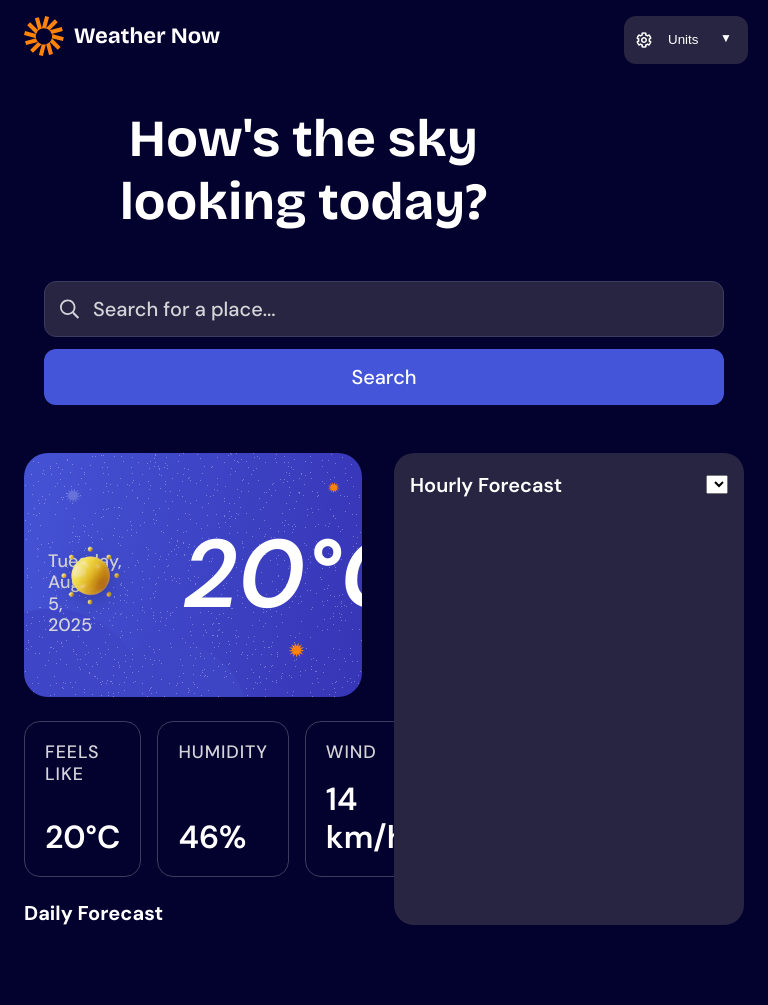
Repository: MKwaak/weather-app-main
Page: index.html
An editor plug-in stored every save of this project. The page is shown before and after the next save, followed by the edit.
The browser window is 768 px wide. The pictures show the whole page.
The page's requests for data from a server got no answer.

Above is the page before, as saved 2026-01-31 21:17:13.

After the next save:
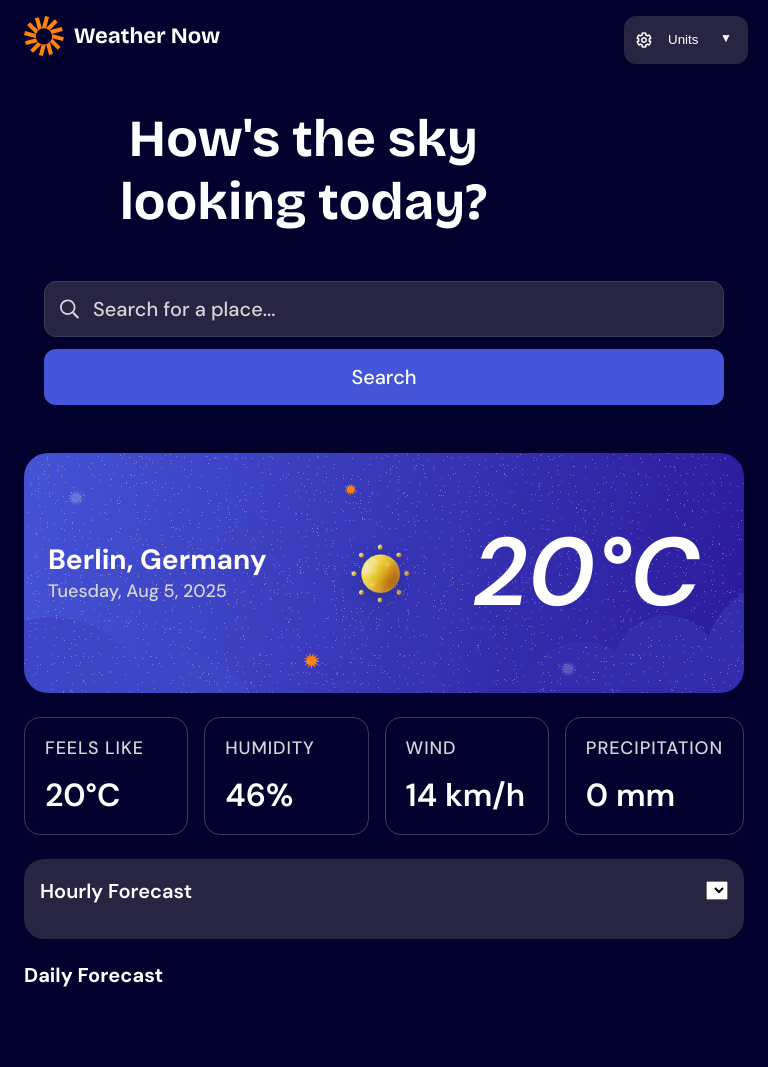
Saved 46 s later.
--- a/style.css
+++ b/style.css
@@ -582,25 +582,18 @@
   }
 }
 
-.daily {
-  grid-area: daily; /* Dit zet de 7-daagse voorspelling eronder */
+@media (max-width: 900px) {
+  .daily {
+    grid-column: 1 / -1; /* Gebruik de hele breedte van het scherm */
+  }
+
+  .daily__forecast {
+    grid-template-columns: repeat(2, 1fr); /* Zoals we eerder bespraken */
+  }
 }
 
 .daily__title {
   font-size: var(--font-size-forecast-title);
-}
-
-.daily__forecast {
-  display: grid;
-  /* Mobiel: 2 kolommen naast elkaar (vult de ruimte beter) */
-  grid-template-columns: repeat(2, 1fr);
-  gap: 12px;
-  width: 100%;
-
-  @media (width >= calc(700 / 16 * 1rem)) {
-    grid-template-columns: repeat(7, 1fr);
-    gap: 16px;
-  }
 }
 
 .daily__day {
@@ -757,31 +750,32 @@
 /* Dashboard wrapper */
 .dashboard {
   display: grid;
-  /* Kolom 1: flexibel (blauwe bak/daily), Kolom 2: vast 350px (hourly) */
+  /* DIT IS DE KEY: min-content voor de uren, zodat hij niet meer pakt dan nodig */
   grid-template-columns: 1fr 350px;
-  /* We definiëren de zones: linksboven, rechts (die over 2 rijen gaat), linksonder */
   grid-template-areas:
     "current hourly"
     "daily   hourly";
   column-gap: 32px;
   row-gap: 24px;
   align-items: start;
-
-  width: 100%; /* DIT zorgt dat hij niet 'ademt' met de tekst mee */
-  max-width: calc(
-    1184 / 16 * 1rem
-  ); /* Zo is het gelijk aan de wrapper max-width */
-  row-gap: 24px; /* vertical spacing between panels */
-  margin: 0 auto; /* center horizontally */
-}
-
-@media (width >= calc(1000 / 16 * 1rem)) {
+  width: 100%;
+}
+
+@media (max-width: 1100px) {
   .dashboard {
-    gap: 48px 32px;
-    /* DIT IS DE KEY: we vervangen 2fr 1fr door dit: */
-    grid-template-columns: minmax(0, 2fr) minmax(0, 1fr);
+    /* Op tablets maken we de uren-kolom iets smaller */
+    grid-template-columns: 1fr 300px;
+    column-gap: 20px;
+  }
+}
+
+@media (max-width: 900px) {
+  .dashboard {
+    /* Op mobiel gaan we naar de 'stack' (onder elkaar) */
+    grid-template-columns: 1fr;
     grid-template-areas:
-      "current hourly"
-      "daily   hourly";
-  }
-}
+      "current"
+      "hourly"
+      "daily"; /* Of 'daily' boven 'hourly', wat jij mooier vindt */
+  }
+}
